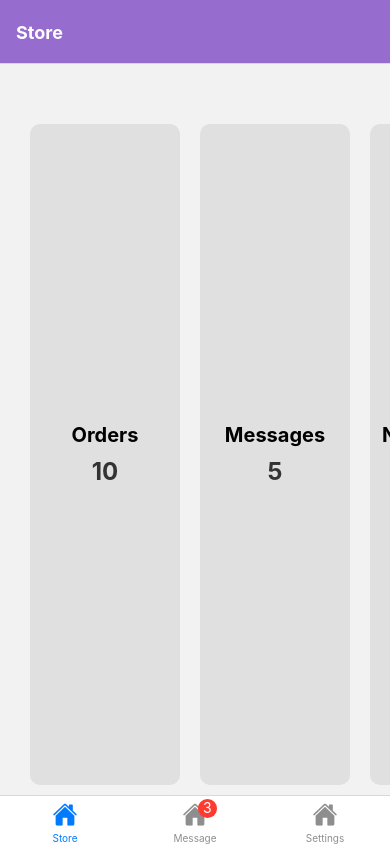
Repository: Waikato153/AwesomeProject
Screen: /
These files come from the project's save history. The screen is drawn as it stood at one moment and after the next save; the edit follows.
The app was drawn by React Native's web renderer in a window 390 px wide. The project was rebuilt for these pictures with package versions that can differ from the ones it lists, and the page was loaded fresh each time.

Above is the screen before, as saved 2024-02-29 11:49:33.

### App.js
import * as React from 'react';
import { Text, View, StyleSheet} from 'react-native';
import { NavigationContainer } from '@react-navigation/native';
import { createBottomTabNavigator } from '@react-navigation/bottom-tabs';
import { Ionicons } from '@expo/vector-icons';

import HomeScreen from './screens/HomeScreen';

function SettingsScreen() {
  return (
    <View style={{ flex: 1, justifyContent: 'center', alignItems: 'center' }}>
      <Text>Settings!</Text>
    </View>
  );
}


const styles = StyleSheet.create({
  container: {
    flex: 1,
    justifyContent: 'center',
    backgroundColor: 'white',
    alignItems: 'center',
    padding: 8,
  },
  paragraph: {
    margin: 24,
    fontSize: 18,
    fontWeight: 'bold',
    textAlign: 'center',
  },
});

const Tab = createBottomTabNavigator();

function MyTabs() {
  return (

    <Tab.Navigator
      screenOptions={{
        tabBarIcon: ({ color, size }) => (
          <Ionicons name="home" color={color} size={size} />
        ),
        headerStyle: {
          backgroundColor: '#966ccf',
        },
        headerTintColor: '#fff',
        headerTitleStyle: {
          fontWeight: 'bold',
        },
      }}
    >
      <Tab.Screen
        name="Store"
        component={HomeScreen}

      />
      <Tab.Screen
        name="Message"
        component={SettingsScreen}
        options={{
          tabBarBadge: 3
        }}
      />
      <Tab.Screen
        name="Settings"
        component={SettingsScreen}
      />
    </Tab.Navigator>
  );
}

export default function App() {
  return (
    <NavigationContainer>
      <MyTabs />
    </NavigationContainer>
  );
}

### screens/HomeScreen.js
import React from 'react';
import { View, Text, StyleSheet, FlatList } from 'react-native';

const data = [
  { title: 'Orders', count: 10 },
  { title: 'Messages', count: 5 },
  { title: 'Notifications', count: 8 },
  // Add more data as needed
];

const renderItem = ({ item }) => (
  <View style={styles.block}>
    <Text style={styles.title}>{item.title}</Text>
    <Text style={styles.count}>{item.count}</Text>
  </View>
);

const HomeScreen = () => {
  return (
    <View style={styles.container}>
      <FlatList
        horizontal
        data={data}
        renderItem={renderItem}
        keyExtractor={(item, index) => index.toString()}
        showsHorizontalScrollIndicator={false}
        contentContainerStyle={styles.flatListContent}
      />
    </View>
  );
};

const styles = StyleSheet.create({
  container: {
    flex: 1,
    paddingTop: 50, // 顶部空白区域的高度
  },
  flatListContent: {
    paddingLeft: 20,
    paddingRight: 20,
  },
  block: {
    width: 150, // 设置方块宽度
    justifyContent: 'center',
    alignItems: 'center',
    backgroundColor: '#e0e0e0',
    borderRadius: 10,
    padding: 20,
    margin: 10,
  },
  title: {
    fontSize: 20,
    fontWeight: 'bold',
    marginBottom: 10,
  },
  count: {
    fontSize: 24,
    fontWeight: 'bold',
    color: '#333333',
  },
});

export default HomeScreen;

After the next save:
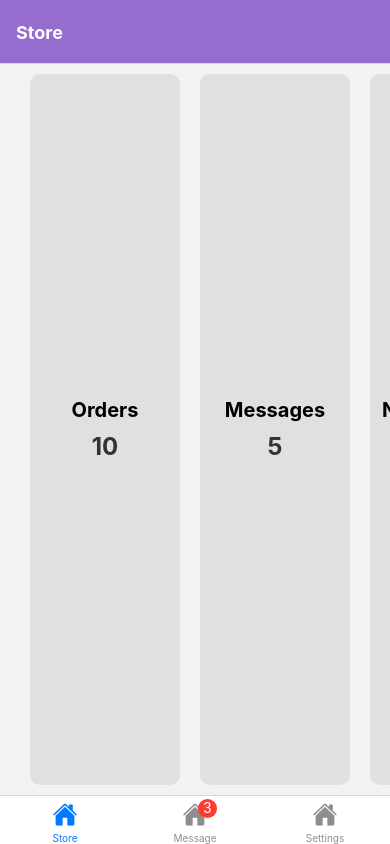
Saved 9 s later.
--- a/screens/HomeScreen.js
+++ b/screens/HomeScreen.js
@@ -33,7 +33,6 @@ const HomeScreen = () => {
 const styles = StyleSheet.create({
   container: {
     flex: 1,
-    paddingTop: 50, // 顶部空白区域的高度
   },
   flatListContent: {
     paddingLeft: 20,
